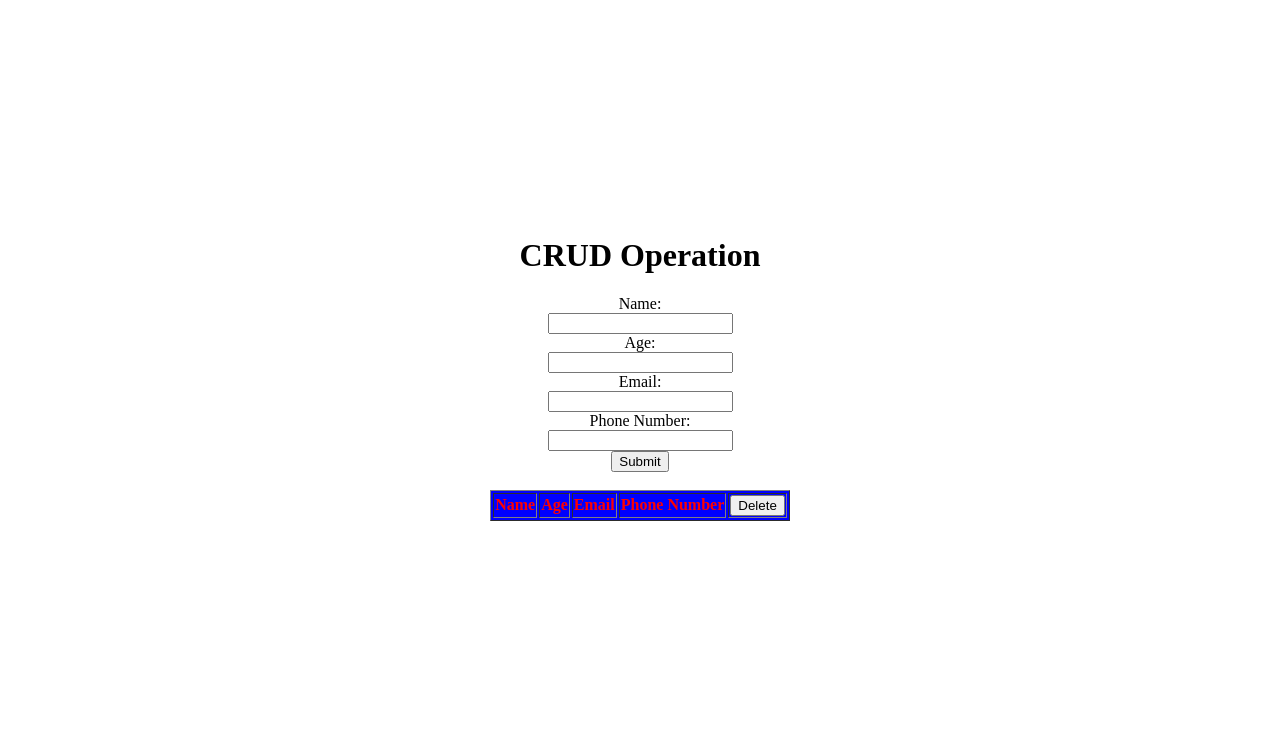
Repository: Josephkennedy603/CRUD-Operation
Page: /
An editor plug-in stored every save of this project. The page is shown before and after the next save, followed by the edit.
The browser window is 1280 px wide. The pictures show the whole page.
The page's requests for data from a server got no answer. The project was rebuilt for these pictures with package versions that can differ from the ones it lists, and the page was loaded fresh each time. No one was signed in, and anything a server would have sent is missing. Also part of the build but not shown: src/index.css, src/interview.jsx.

Above is the page before, as saved 2024-03-12 17:10:03.

### src/index.js
import React from "react";
import ReactDOM from "react-dom/client";
import "./index.css";
import App from "./App";
import Interview from "./interview";

const root = ReactDOM.createRoot(document.getElementById("root"));
root.render(
  <div>
    <App />
    {/* <Interview /> */}
  </div>
);

// If you want to start measuring performance in your app, pass a function
// to log results (for example: reportWebVitals(console.log))
// or send to an analytics endpoint. Learn more: https://bit.ly/CRA-vitals

### src/App.jsx
import { useState, useEffect } from 'react';
import {collection, getDocs, onSnapshot} from 'firebase/firestore'
import {db} from './firebase'
import './App.css';
import Create from "./create";

export const  userCollectionRef =  collection(db,'record');
console.log("user data1",userCollectionRef)

const App = () => {
  const [user,setUser] = useState([]);

  // const getUsers = async ()=> {
  //   const data = await getDocs(userCollectionRef);
  //   console.log("data 2", data);
  //   setUser(data.docs.map(doc => ({    // needs to clarify
  //     ...doc.data(),
  //     id: doc.id
  //   })));
  // };

  useEffect(()=>{
    console.log("user data3",user);
    // getUsers();
    const snapShot = onSnapshot(userCollectionRef, (snapshotparm)=>{
     setUser(snapshotparm.docs.map(doc=>({
      ...doc.data(),
      id: doc.id
     })))
    })

    return() => snapShot();
  }, []);

console.log(user);
  return(
    <div className='main-container'>
    <h1>CRUD Operation</h1>
    {/* <Create  refetchUser={getUsers} /> */}

    <Create/>

    {/* {user.map(u => (
      <p key={u.id}>{u.Pnumber}</p>
    ))} */}
    <br />
    <table border={1}>
    <tbody>
    <tr>
              <th>Name</th>
              <th>Age</th>
              <th>Email</th>
              <th>Phone Number</th>
              <th><button>Delete</button></th>
    </tr>
      {
      user.map(u => {
        console.log(u)
        return (
         <tr key={u.id}>
          <td>{u.Name}</td>
          <td>{u.Age}</td>
          <td>{u.Email}</td>
          <td>{u.Pnumber}</td>
          <td><button>Delete</button></td>
        </tr>)}
      )}
      </tbody>
    </table>
    </div>
  )
}

export default App;


// const storeData =async () => {
//   const data ={
//     Name:name,
//     Age:age,
//     Email:email,
//     Pnumer:pnumber,
//   };
//   try{
//     const docRef = await addDoc(collection(db,"record"),data)
//   }
// catch(e){
//     console.log("unable to store the data",e)
// }
// console.log(data.name)

### src/firebase.js
// Import the functions you need from the SDKs you need
import { initializeApp } from "firebase/app";
import { getFirestore } from "firebase/firestore";
// import { getAnalytics } from "firebase/analytics";

const firebaseConfig = {
  apiKey: "AIzaSyB6ZR0S_52AlqGIUs87cyuSaj7Dp9EP9nk",
  authDomain: "crud-operation-7754e.firebaseapp.com",
  projectId: "crud-operation-7754e",
  storageBucket: "crud-operation-7754e.appspot.com",
  messagingSenderId: "941097712371",
  appId: "1:941097712371:web:aad3664dddf0ff5721d586",
  measurementId: "G-CM49X6XD0N",
};

// Initialize Firebase
const app = initializeApp(firebaseConfig);
export const db = getFirestore(app);

export default app;

### src/App.css
.main-container {
  display: flex;
  flex-direction: column;
  justify-content: center;
  align-items: center;

  height: 100vh;
}

.main-container form {
  display: flex;
  flex-direction: column;
  justify-content: center;
  align-items: center;
}

table {
  background-color: blue;
  color: red;
}

### src/create.js
import React from "react";
import { useState } from "react";

const Create = () => {
  const [name, setName] = useState();
  const [age, setAge] = useState();
  const [email, setEmail] = useState();
  const [pnumber, setPnumber] = useState();

  return (
    <form action="">
      <label htmlFor="Name">Name:</label>
      <input
        name="Name:"
        type="text"
        onChange={(e) => setName(e.target.value)}
        required
      />

      <label htmlFor="Age">Age:</label>
      <input
        type="text"
        name="Age"
        onChange={(e) => setAge(e.target.value)}
        required
      />

      <label htmlFor="Email">Email:</label>
      <input type="Email" onChange={(e) => setEmail(e.target.value)} required />

      <label htmlFor="Phone Number">Phone Number:</label>
      <input
        type="number"
        name="Phone Number"
        onChange={(e) => setPnumber(e.target.value)}
        required
      />

      <input type="submit" />
    </form>
  );
};

export default Create;

Loaded but not shown: public/index.html (common file)

After the next save:
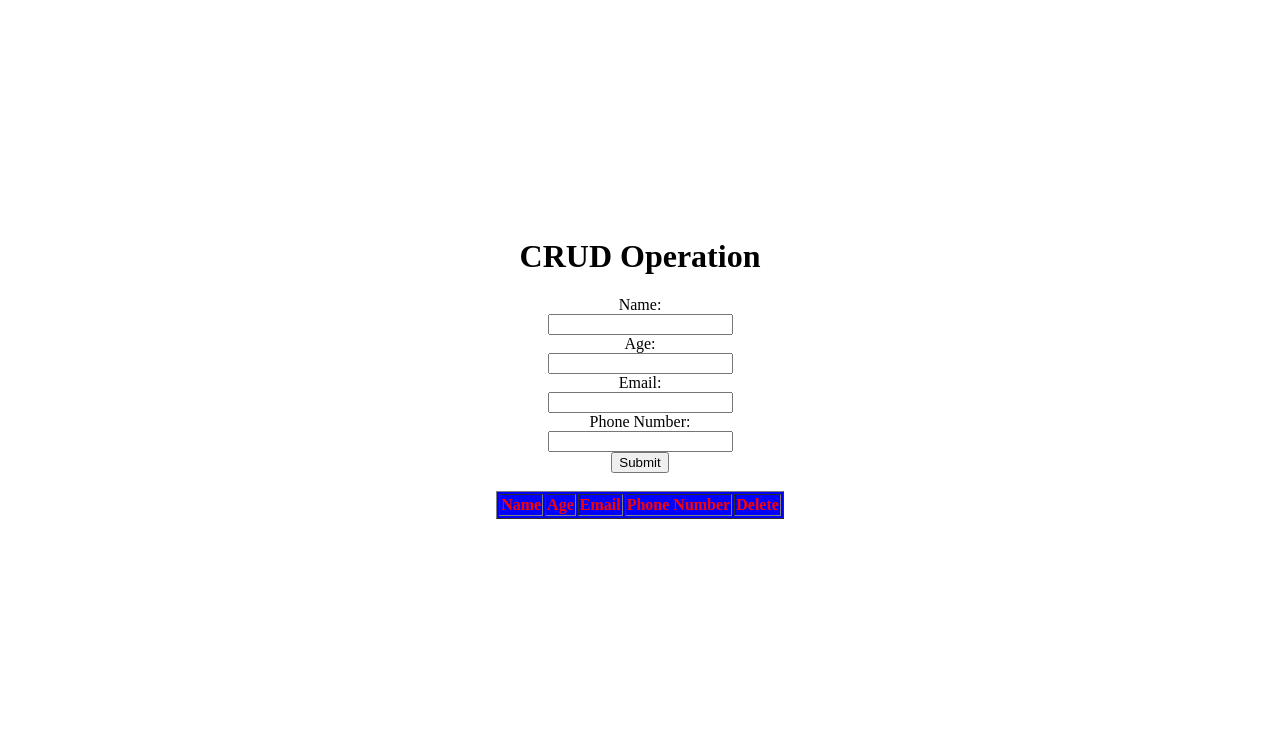
Saved 19 s later.
--- a/src/App.jsx
+++ b/src/App.jsx
@@ -51,7 +51,7 @@ console.log(user);
               <th>Age</th>
               <th>Email</th>
               <th>Phone Number</th>
-              <th><button>Delete</button></th>
+              <th>Delete</th>
     </tr>
       {
       user.map(u => {
